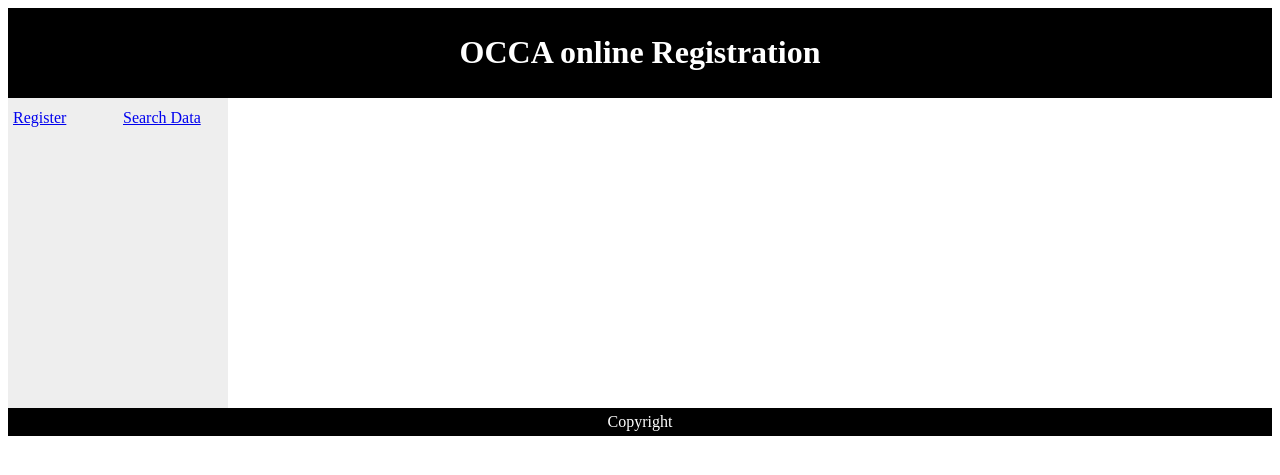
Repository: dreamxia329/TechExercise4830
Page: T3-0325-xia/T3-webProject-Xia/WebContent/index.html
These files come from the project's save history. The page is drawn as it stood at one moment and after the next save; the edit follows.
The browser window is 1280 px wide. The pictures show the whole page.

Above is the page before, as saved 2022-03-30 04:35:58.

### T3-0325-xia/T3-webProject-Xia/WebContent/index.html
<html>
<head>
<style>
header {
	background-color: black;
	color: white;
	text-align: center;
	padding: 5px;
}

nav {
	line-height: 30px;
	background-color: #eeeeee;
	height: 300px;
	width: 100px;
	float: left;
	padding: 5px;
}

section {
	width: 350px;
	float: left;
	padding: 10px;
}

footer {
	background-color: black;
	color: white;
	clear: both;
	text-align: center;
	padding: 5px;
}
</style>
</head>

<body>
	<header>
		<h1>OCCA online Registration</h1>
	</header>

	<nav>
		<a href="/T3-webProject-Xia/register.html">Register</a> <br>
	</nav>

	<nav>
		<a href="/T3-webProject-Xia/search.html">Search Data</a> <br>
	</nav>

	<footer> Copyright </footer>
</body>
</html>

After the next save:
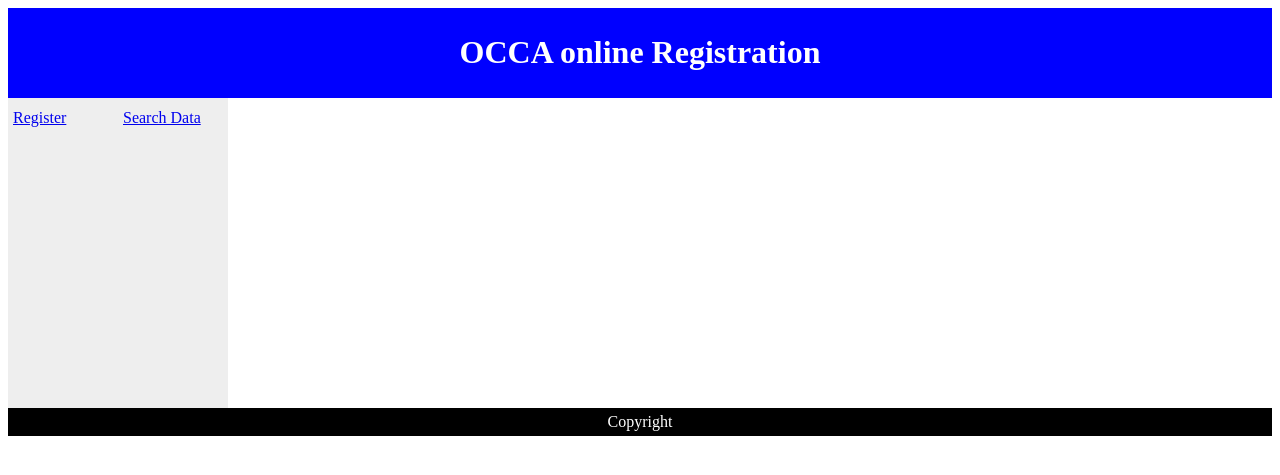
Saved 72 s later.
--- a/T3-0325-xia/T3-webProject-Xia/WebContent/index.html
+++ b/T3-0325-xia/T3-webProject-Xia/WebContent/index.html
@@ -2,7 +2,7 @@
 <head>
 <style>
 header {
-	background-color: black;
+	background-color: blue;
 	color: white;
 	text-align: center;
 	padding: 5px;

After the save that followed:
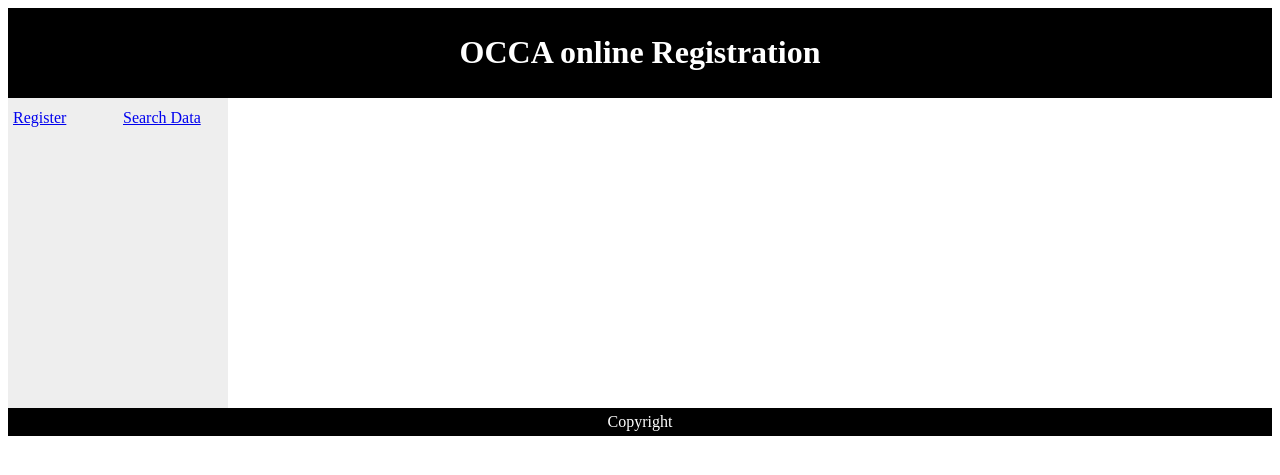
Saved 44 s later.
--- a/T3-0325-xia/T3-webProject-Xia/WebContent/index.html
+++ b/T3-0325-xia/T3-webProject-Xia/WebContent/index.html
@@ -2,7 +2,7 @@
 <head>
 <style>
 header {
-	background-color: blue;
+	background-color: black;
 	color: white;
 	text-align: center;
 	padding: 5px;
